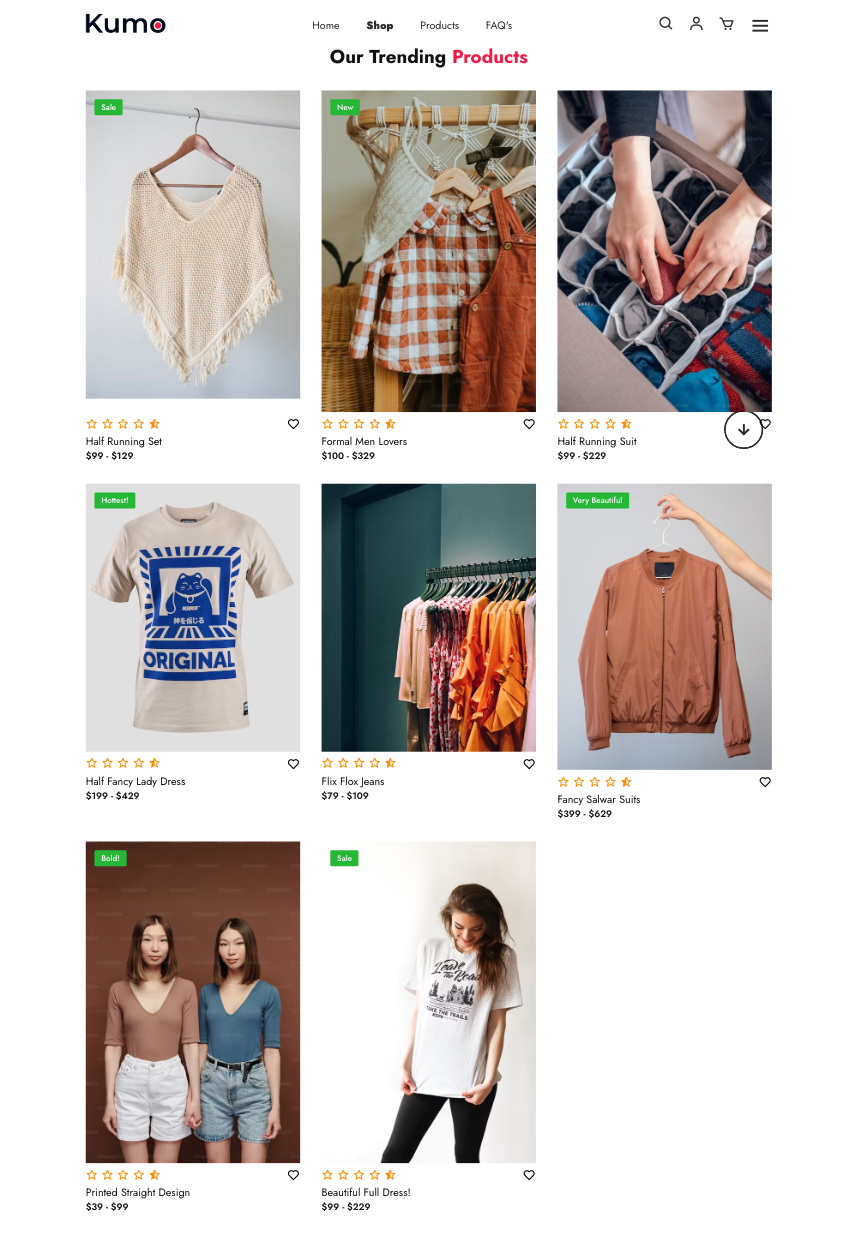
Repository: isaacCodes1/Kumo-Website.
Page: shop.html
These files come from the project's save history. The page is drawn as it stood at one moment and after the next save; the edit follows.
The browser window is 1280 px wide. The pictures show the whole page, at 67% of full size.

Above is the page before, as saved 2024-03-23 09:46:29.

### shop.html
<!DOCTYPE html>
<html lang="en">
  <head>
    <meta charset="UTF-8" />
    <meta name="viewport" content="width=device-width, initial-scale=1.0" />
    <link rel="stylesheet" href="style.css" />
    <link rel="preconnect" href="https://fonts.googleapis.com" />
    <link rel="preconnect" href="https://fonts.gstatic.com" crossorigin />
    <link
      href="https://fonts.googleapis.com/css2?family=Bricolage+Grotesque:opsz,wght@12..96,200..800&family=Jost:ital,wght@0,100..900;1,100..900&family=Montserrat:ital,wght@0,100..900;1,100..900&family=Poppins:ital,wght@0,100;0,200;0,300;0,400;0,500;0,600;0,700;0,800;0,900;1,100;1,200;1,300;1,400;1,500;1,600;1,700;1,800;1,900&display=swap"
      rel="stylesheet"
    />
    <link
      rel="stylesheet"
      href="https://cdnjs.cloudflare.com/ajax/libs/font-awesome/6.5.1/css/all.min.css"
      integrity="sha512-DTOQO9RWCH3ppGqcWaEA1BIZOC6xxalwEsw9c2QQeAIftl+Vegovlnee1c9QX4TctnWMn13TZye+giMm8e2LwA=="
      crossorigin="anonymous"
      referrerpolicy="no-referrer"
    />
    <link
      rel="stylesheet"
      href="https://unpkg.com/boxicons@latest/css/boxicons.min.css"
    />
    <link rel="stylesheet" href="Mediaquery.css" />
    <title>Document</title>
  </head>
  <body>
    <header>
      <a href="index.html" class="logo"><img src="Assets/logo.png" alt="" /></a>
      <ul class="navmenu">
        <li><a href="index.html">Home</a></li>
        <li><a style="font-weight: 900" href="shop.html">Shop</a></li>
        <li><a href="products.html">Products</a></li>
        <li><a href="Questions.html">FAQ's</a></li>
      </ul>
      <div class="nav-icon">
        <a href="#"><i class="bx bx-search"></i></a>
        <a href="#"><i class="bx bx-user"></i></a>
        <a href="#"><i class="bx bx-cart"></i></a>
        <div class="bx bx-menu" id="menu-icon"></div>
      </div>
    </header>
    <div class="down-arrow">
      <a href="#trending" class="down"><i class="bx bx-down-arrow-alt"></i></a>
    </div>
    <div class="down-arrow">
      <a href="#trending" class="down"><i class="bx bx-down-arrow-alt"></i></a>
    </div>
    <!-- <trending-products-section-->
    <section class="trending-product" id="trending">
      <div class="center-text">
        <h2>Our Trending <span>Products</span></h2>
      </div>
      <div class="products">
        <div class="row">
          <img class="clothes1" src="/Assets/Clothes1.avif" alt="" />
          <div class="product-text">
            <h5>Sale</h5>
          </div>
          <div class="heart-icon">
            <i class="bx bx-heart"></i>
          </div>
          <div class="ratting">
            <i class="bx bx-star"></i>
            <i class="bx bx-star"></i>
            <i class="bx bx-star"></i>
            <i class="bx bx-star"></i>
            <i class="bx bxs-star-half"></i>
          </div>
          <div class="price">
            <h4>Half Running Set</h4>
            <p>$99 - $129</p>
          </div>
        </div>

        <div class="row">
          <img src="/Assets/clothes2.avif" alt="" />
          <div class="product-text">
            <h5>New</h5>
          </div>
          <div class="heart-icon">
            <i class="bx bx-heart"></i>
          </div>
          <div class="ratting">
            <i class="bx bx-star"></i>
            <i class="bx bx-star"></i>
            <i class="bx bx-star"></i>
            <i class="bx bx-star"></i>
            <i class="bx bxs-star-half"></i>
          </div>
          <div class="price">
            <h4>Formal Men Lovers</h4>
            <p>$100 - $329</p>
          </div>
        </div>
        <div class="row">
          <img src="/Assets/Clothes3.avif" alt="" />
          <div class="heart-icon">
            <i class="bx bx-heart"></i>
          </div>
          <div class="ratting">
            <i class="bx bx-star"></i>
            <i class="bx bx-star"></i>
            <i class="bx bx-star"></i>
            <i class="bx bx-star"></i>
            <i class="bx bxs-star-half"></i>
          </div>
          <div class="price">
            <h4>Half Running Suit</h4>
            <p>$99 - $229</p>
          </div>
        </div>
        <div class="row">
          <img src="/Assets/Clothes9.avif" alt="" />
          <div class="product-text">
            <h5>Hottest!</h5>
          </div>
          <div class="heart-icon">
            <i class="bx bx-heart"></i>
          </div>
          <div class="ratting">
            <i class="bx bx-star"></i>
            <i class="bx bx-star"></i>
            <i class="bx bx-star"></i>
            <i class="bx bx-star"></i>
            <i class="bx bxs-star-half"></i>
          </div>
          <div class="price">
            <h4>Half Fancy Lady Dress</h4>
            <p>$199 - $429</p>
          </div>
        </div>
        <div class="row">
          <img src="/Assets/clothes5.avif" alt="" />
          <div class="heart-icon">
            <i class="bx bx-heart"></i>
          </div>
          <div class="ratting">
            <i class="bx bx-star"></i>
            <i class="bx bx-star"></i>
            <i class="bx bx-star"></i>
            <i class="bx bx-star"></i>
            <i class="bx bxs-star-half"></i>
          </div>
          <div class="price">
            <h4>Flix Flox Jeans</h4>
            <p>$79 - $109</p>
          </div>
        </div>
        <div class="row">
          <img src="/Assets/Clothes6.avif" alt="" />
          <div class="product-text">
            <h5>Very Beautiful</h5>
          </div>
          <div class="heart-icon">
            <i class="bx bx-heart"></i>
          </div>
          <div class="ratting">
            <i class="bx bx-star"></i>
            <i class="bx bx-star"></i>
            <i class="bx bx-star"></i>
            <i class="bx bx-star"></i>
            <i class="bx bxs-star-half"></i>
          </div>
          <div class="price">
            <h4>Fancy Salwar Suits</h4>
            <p>$399 - $629</p>
          </div>
        </div>
        <div class="row">
          <img src="/Assets/Clothes7.avif" alt="" />
          <div class="product-text">
            <h5>Bold!</h5>
          </div>
          <div class="heart-icon">
            <i class="bx bx-heart"></i>
          </div>
          <div class="ratting">
            <i class="bx bx-star"></i>
            <i class="bx bx-star"></i>
            <i class="bx bx-star"></i>
            <i class="bx bx-star"></i>
            <i class="bx bxs-star-half"></i>
          </div>
          <div class="price">
            <h4>Printed straight Design</h4>
            <p>$39 - $99</p>
          </div>
        </div>
        <div class="row">
          <img src="/Assets/Clothes8.avif" alt="" />
          <div class="product-text">
            <h5>Sale</h5>
          </div>
          <div class="heart-icon">
            <i class="bx bx-heart"></i>
          </div>
          <div class="ratting">
            <i class="bx bx-star"></i>
            <i class="bx bx-star"></i>
            <i class="bx bx-star"></i>
            <i class="bx bx-star"></i>
            <i class="bx bxs-star-half"></i>
          </div>
          <div class="price">
            <h4>Beautiful Full Dress!</h4>
            <p>$99 - $229</p>
          </div>
        </div>
      </div>
    </section>
  </body>
  <script src="java.js"></script>
</html>

### style.css
* {
  margin: 0;
  padding: 0;
  box-sizing: border-box;
  scroll-behavior: smooth;
  font-family: "Jost", sans-serif;
  list-style-type: none;
  text-decoration: none;
}
header {
  position: fixed;
  width: 100%;
  top: 0;
  right: 0;
  z-index: 1000;
  display: flex;
  align-items: center;
  justify-content: space-between;
  padding: 20px 10%;
}
.logo img {
  max-width: 120px;
  height: auto;
}
.navmenu {
  display: flex;
}
.navmenu li :hover {
  background: #000;
}
.navmenu a {
  color: #2c2c2c;
  font-size: 16px;
  text-transform: capitalize;
  padding: 10px 20px;
  font-weight: 400;
  transition: all 0.42s ease;
}
.navmenu a:hover {
  color: #ee1c47;
}
.nav-icon {
  display: flex;
  align-items: center;
}
.nav-icon i {
  margin-right: 20px;
  color: #2c2c2c;
  font-size: 25px;
  font-weight: 400;
  transition: all 0.42s ease;
}
.nav-icon i:hover {
  transform: scale(1.05);
  color: #ee1c47;
}
#menu-icon {
  font-size: 35px;
  color: #2c2c2c;
  z-index: 10001;
  cursor: pointer;
}
section {
  padding: 5% 10%;
}
.main-home {
  width: 100%;
  height: 100vh;
  background-image: url(Assets/banner-3.png);
  background-position: center;
  background-size: cover;
  display: grid;
  grid-template-columns: repeat(1, 1fr);
  align-items: center;
}
.main-text h5 {
  color: #ee1c47;
  font-size: 16px;

  text-transform: capitalize;
  font-weight: 500;
}
.main-text h1 {
  color: #000;
  font-size: 65px;
  text-transform: capitalize;
  line-height: 1.1;
  font-weight: 600;
  margin: 6px 0 10px;
}
.main-text p {
  color: #333c56;
  font-size: 20px;
  font-style: italic;
  margin-bottom: 20px;
}
.main-btn {
  display: inline-block;
  color: #111;
  font-size: 16px;
  font-weight: 500;
  text-transform: capitalize;
  border: 2px solid#111;
  padding: 12px 25px;
  transition: all 0.42s ease;
}
.main-btn:hover {
  background: #000;
  color: #fff;
}
.main-btn i {
  vertical-align: middle;
}
.down-arrow {
  position: absolute;
  top: 85%;
  right: 11%;
}
.down i {
  font-size: 30px;
  color: #2c2c2c;
  border: 2px solid #2c2c2c;
  border-radius: 50px;
  padding: 12px 12px;
}
.down i:hover {
  background: #2c2c2c;
  color: #fff;
  transition: all 0.42s ease;
}
header.sticky {
  background: #fff;
  padding: 20px 10%;
  box-shadow: 0px 0px 10px rgb(0 0 0 /10%);
}
/* trending-section-css */
.center-text h2 {
  color: #111;
  font-size: 28px;
  text-transform: capitalize;
  text-align: center;
  margin-bottom: 30px;
}
.center-text span {
  color: #ee1c47;
}
.products {
  display: grid;
  grid-template-columns: repeat(auto-fit, minmax(260px, auto));
  gap: 2rem;
}
.row {
  position: relative;
  transition: all 0.4s;
}
.row img {
  width: 100%;
  height: auto;
  transition: all 0.4s;
}
.row img:hover {
  transform: scale(0.9);
}
.product-text h5 {
  position: absolute;
  top: 13px;
  left: 13px;
  color: #fff;
  font-size: 12px;
  font-weight: 500;
  text-transform: capitalize;
  background: #27b737;
  padding: 3px 10px;
  border-radius: 2px;
}
.heart-icon {
  position: absolute;
  right: 0;
  font-size: 20px;
}
.heart-icon:hover {
  color: #ee1c47;
}
.ratting {
  color: #ff8c00;
  font-size: 18px;
}

.price h4 {
  color: #111;
  font-size: 16px;
  text-transform: capitalize;
  font-weight: 400;
}
.price p {
  color: #151515;
  font-size: 14px;
  font-weight: 600;
}
.client-reviews {
  background: #f3f4f6;
}
.reviews {
  text-align: center;
}
.reviews h3 {
  color: #111;
  font-size: 25px;
  text-transform: capitalize;
  text-align: center;
  font-weight: 700;
}
.reviews img {
  width: 100px;
  height: auto;
  border-radius: 80px;
  margin: 10px 0;
}
.reviews p {
  color: #707070;
  font-size: 16px;
  font-weight: 400;
  line-height: 25px;
  margin-bottom: 10px;
}
.reviews h2 {
  font-size: 22px;
  color: #000;
  font-weight: 400;
  text-transform: capitalize;
  margin-bottom: 2px;
}
/* update-section-css */
.up-center-text h2 {
  text-align: center;
  color: #111;
  font-size: 25px;
  text-transform: capitalize;
  font-weight: 700;
  margin-bottom: 30px;
}
.cart img {
  width: 350px;
  height: auto;
  border-radius: 5px;
}
.update-cart {
  display: grid;
  grid-template-columns: repeat(auto-fit, minmax(380px, auto));
  gap: 1px;
}
.cart h5 {
  color: #636872;
  font-size: 14px;
  text-transform: capitalize;
  font-weight: 500;
}
.cart h4 {
  color: #111;
  font-size: 18px;
  font-weight: 600;
}
.cart p {
  color: #707070;
  font-size: 15px;
  max-width: 380px;
  line-height: 25px;
  margin-bottom: 12px;
}
.cart h6 {
  color: #151515;
  font-size: 14px;
  font-weight: 500;
}
/* contact-section */
.contact {
  background: #dbdbdb;
}
.contact-info {
  display: grid;
  grid-template-columns: repeat(auto-fit, minmax(160px, auto));
  gap: 3rem;
}
.first-info img {
  width: 140px;
  height: auto;
}
.contact-info h4 {
  color: #212529;
  font-size: 14px;
  text-transform: uppercase;
  margin-bottom: 10px;
}
.contact-info p {
  color: #565656;
  font-size: 14px;
  font-weight: 400;
  text-transform: capitalize;
  line-height: 1.5;
  margin-bottom: 10px;
  cursor: pointer;
  transition: all 0.42s;
}
.contact-info p:hover {
  color: #ee1c47;
}
.social-icon i {
  color: #565656;
  margin-right: 10px;
  font-size: 20px;
  transition: all 0.42s;
}
.social-icon i:hover {
  transform: scale(1.3);
}
.end-text {
  text-align: center;
  background: #edfff1;
  padding: 20px;
}
.end-text p {
  color: #111;
  text-transform: capitalize;
}
.clothes1 {
  padding-bottom: 20px;
}

### Mediaquery.css
@media (890px) {
  header {
    padding: 20px 3%;
    transition: 0.4s;
  }
  .center-text h2 {
    font-size: 12px;
  }
}
@media (max-width: 630px) {
  .main-text h1 {
    font-size: 50px;
    transition: 0.4s;
  }
  .main-text p {
    font-size: 18px;
    transition: 0.4s;
  }
  .main-btn {
    padding: 10px 20px;
    transition: 0.4s;
  }
  .center-text h2 {
    font-size: 12px;
  }
}
@media (max-width: 750px) {
  .navmenu {
    position: absolute;
    top: 100%;
    right: -100%;
    width: 300px;
    height: 130vh;
    background: #edfff1;
    display: flex;
    flex-direction: column;
    align-items: center;
    padding: 120px 30px;
    transition: all 0.42s;
  }
  .navmenu a {
    display: block;
    margin: 18px 0;
  }
  .navmenu.open {
    right: 0;
  }
  .center-text h2 {
    font-size: 12px;
  }
}
@media(max-width: 700px){
    .center-text h2{
        font-size: 0;
    }
    .header{
      margin-bottom: 20px;
      color: #000;
    }
    .cart{
      align-items: center;
      display: flex;
      flex-direction: column;
    }
    .cart img{
      width: 270px;
      margin-right: 80px;
    }
    .cart p{
      font-size: 10px;
      margin-right: 80px;
    }
    .cart h4{
      font-size: 12px;
      margin-right: 80px;
    }
    .cart h6{
      font-size: 10px;
      margin-right: 80px;
    }
    .contact-info{
      display: flex;
      flex-direction: column;
      align-items: center
      ;
    }
}

### java.js
const header = document.querySelector("header");

window.addEventListener("scroll", function () {
  header.classList.toggle("sticky", window.scrollY > 0);
});

let menu = document.querySelector("#menu-icon");
let navmenu = document.querySelector(".navmenu");

menu.onclick = () => {
  menu.classList.toggle("bx-x");
  navmenu.classList.toggle("open");
};

After the next save:
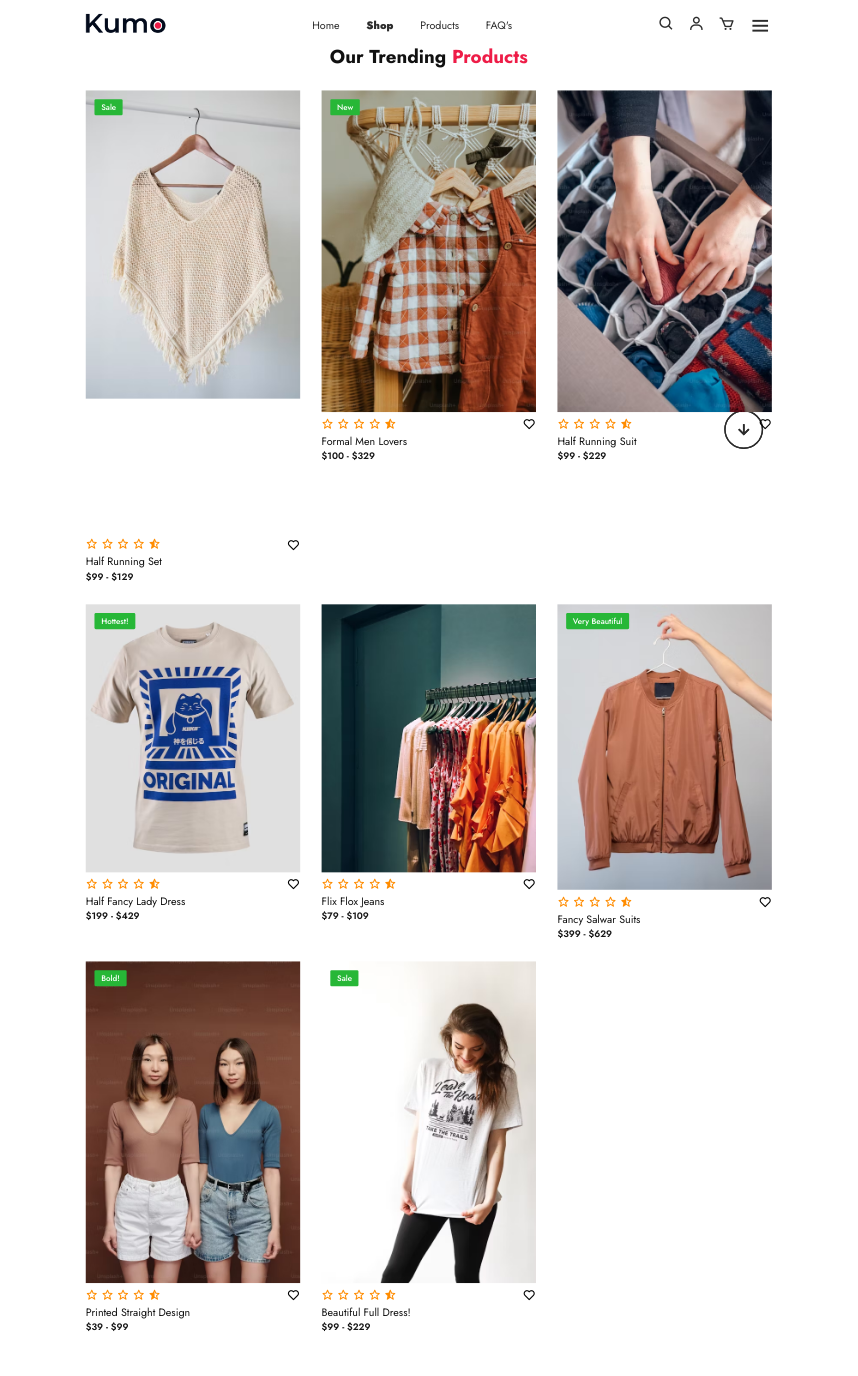
Saved 5 s later.
--- a/style.css
+++ b/style.css
@@ -323,5 +323,5 @@ header.sticky {
   text-transform: capitalize;
 }
 .clothes1 {
-  padding-bottom: 20px;
-}
+  padding-bottom: 200px;
+}

After the save that followed:
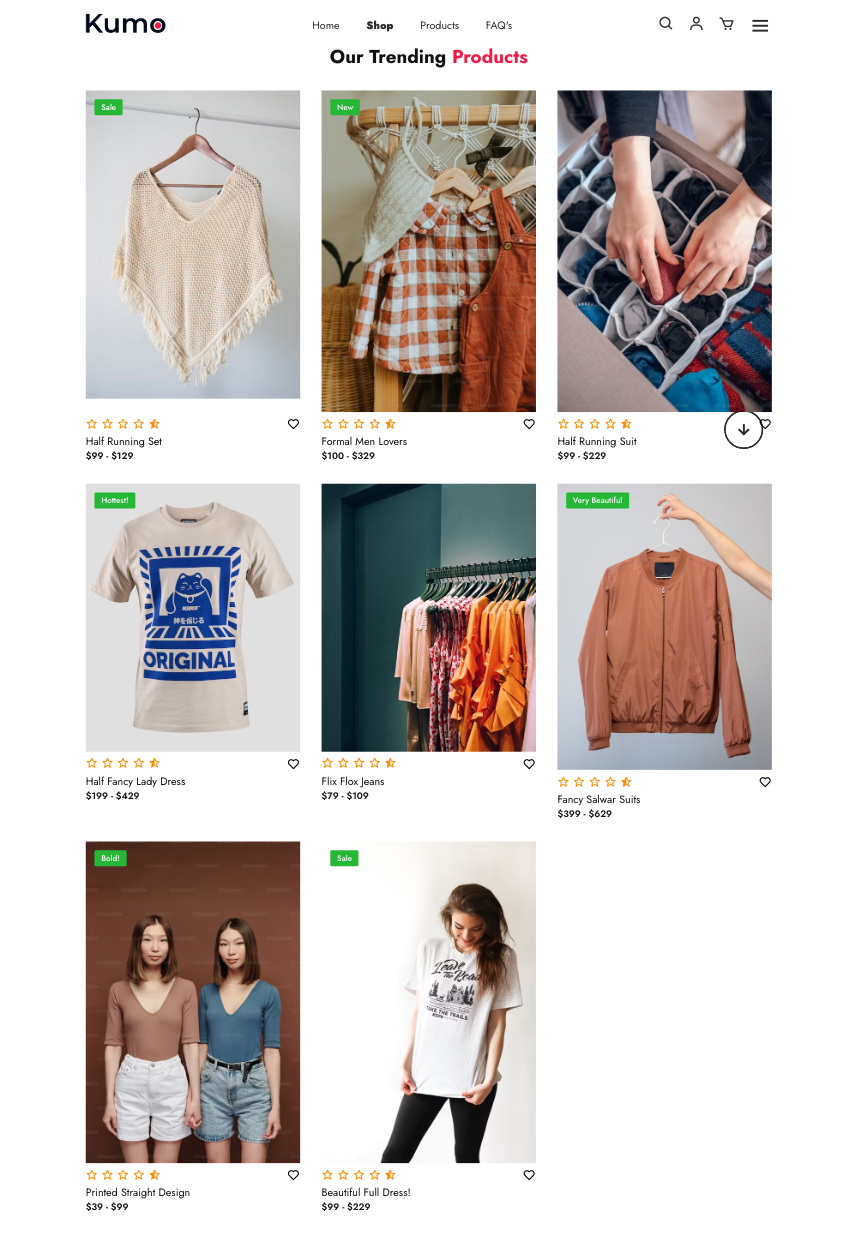
Saved 6 s later.
--- a/style.css
+++ b/style.css
@@ -323,5 +323,5 @@ header.sticky {
   text-transform: capitalize;
 }
 .clothes1 {
-  padding-bottom: 200px;
-}
+  padding-bottom: 20px;
+}
